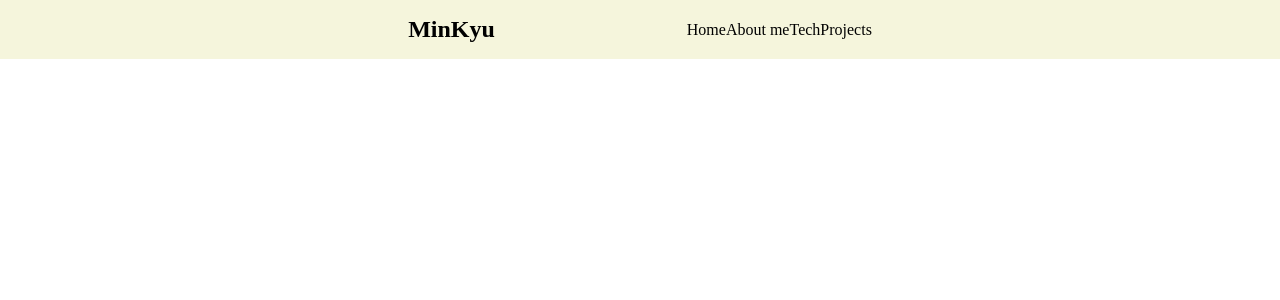
Repository: alsrb0504/portfolio-blog
Page: /
An editor plug-in stored every save of this project. The page is shown before and after a run of saves, followed by the edit.
The browser window is 1280 px wide. The pictures show the whole page.
The project was rebuilt for these pictures with package versions that can differ from the ones it lists, and the page was loaded fresh each time. Also part of the build but not shown: src/app.module.css.

Above is the page before, as saved 2021-07-12 15:47:12.

After the next 2 saves:
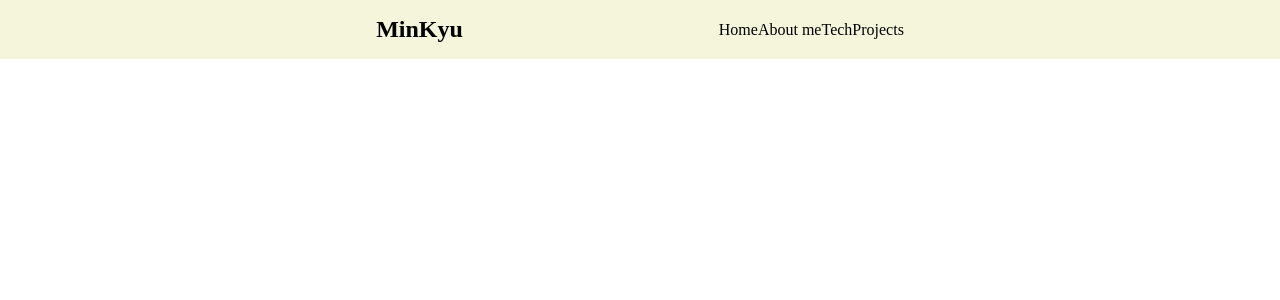
The 2 saves are shown as one change because they came seconds apart.
The last was saved 7 s later.
--- a/src/components/header/header.module.css
+++ b/src/components/header/header.module.css
@@ -9,7 +9,7 @@
 
 .title {
   /* margin: 0; */
-  margin-right: 6rem;
+  margin-right: 10rem;
 }
 
 .menus {
